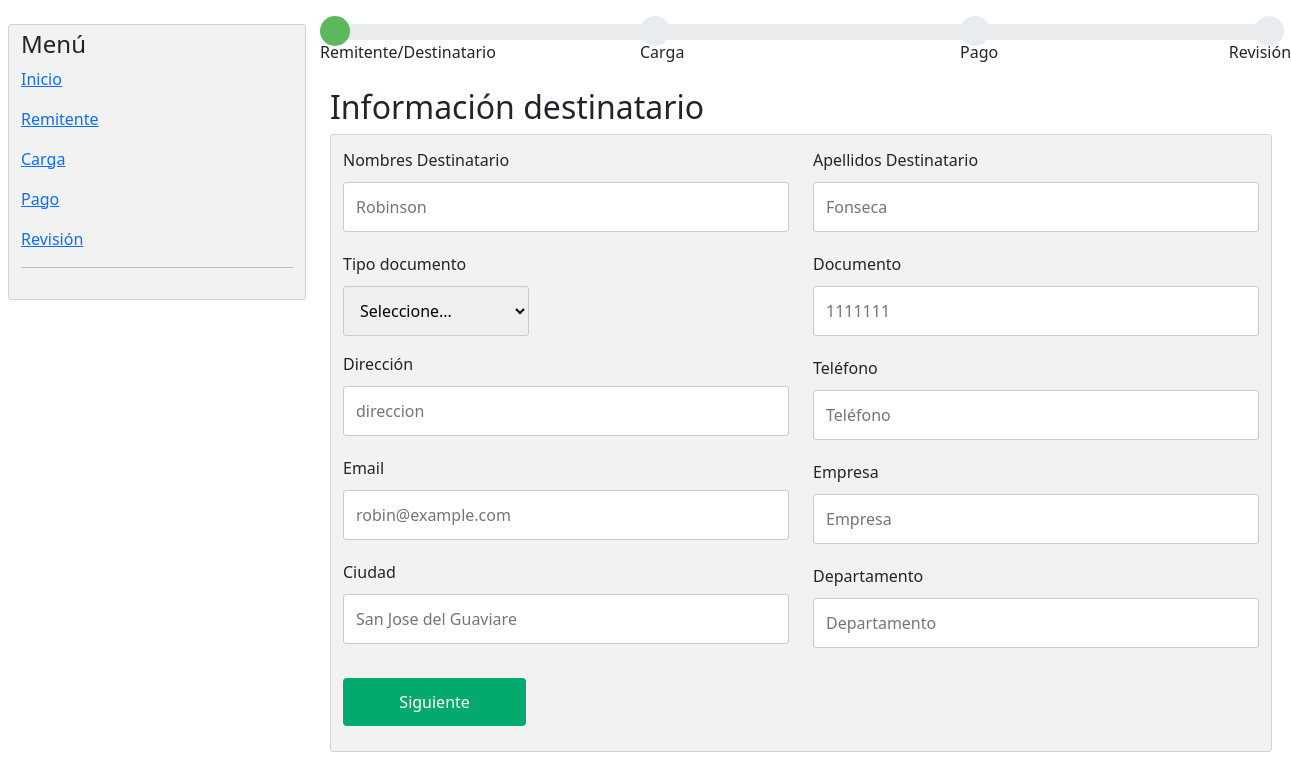
Repository: SennovaFluvial/Trasnfluvial
Page: appFluvial/templates/card1destinatario.html
These files come from the project's save history. The page is drawn as it stood at one moment and after the next save; the edit follows.
The browser window is 1280 px wide. The page is 1291 px wide, so the pictures cover 1291 px, including what lies to the right of the window. The pictures show the whole page.
The template is drawn by Django 3.2. The application's start-up code is not run. The template is opened directly, without the code that normally fills it, so the values that code supplies are empty.

Above is the page before, as saved 2023-10-19 00:07:40.

After the next save:
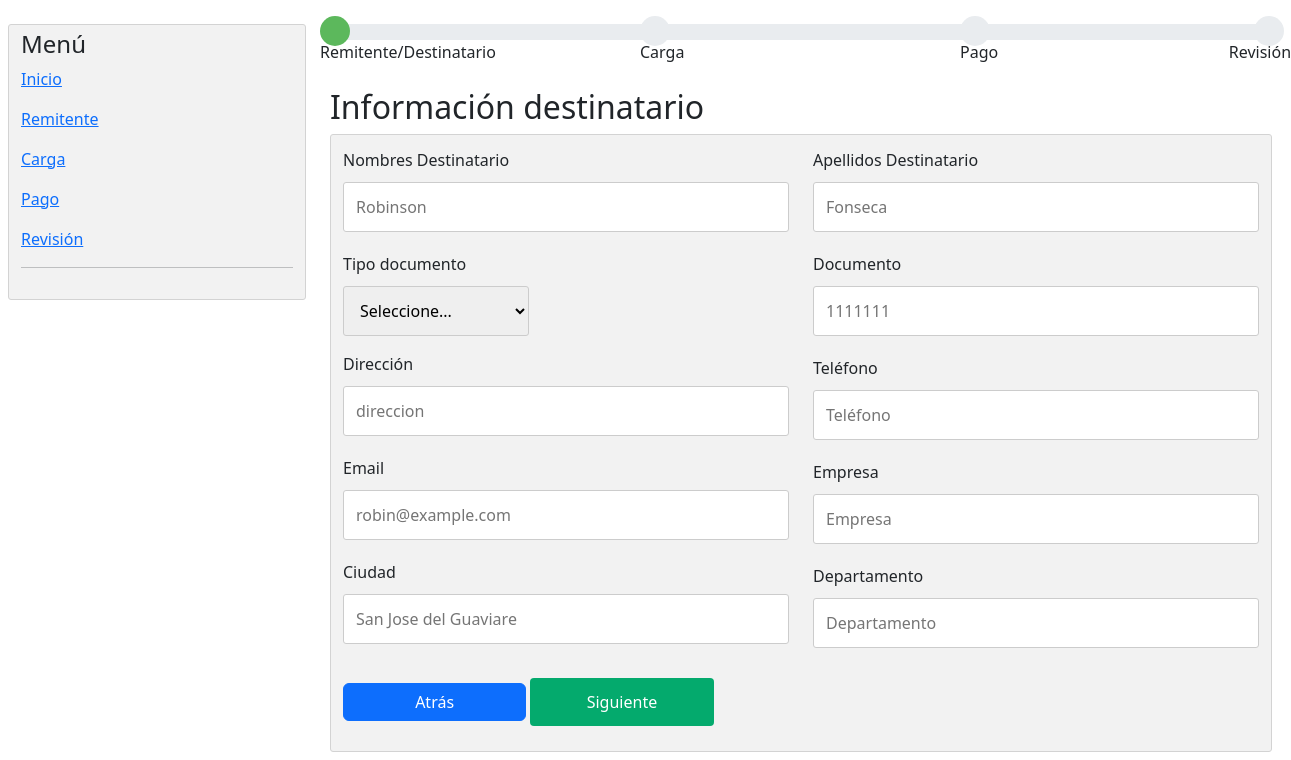
Saved 2 min 24 s later.
--- a/appFluvial/templates/card1destinatario.html
+++ b/appFluvial/templates/card1destinatario.html
@@ -249,6 +249,7 @@ span.price {
           </div>
 
         </div>
+        <a href="javascript:history.back()" class="btn btn-primary">Atrás</a>
         <input type="submit" value="Siguiente" class="btn">
       </form>
     </div>
